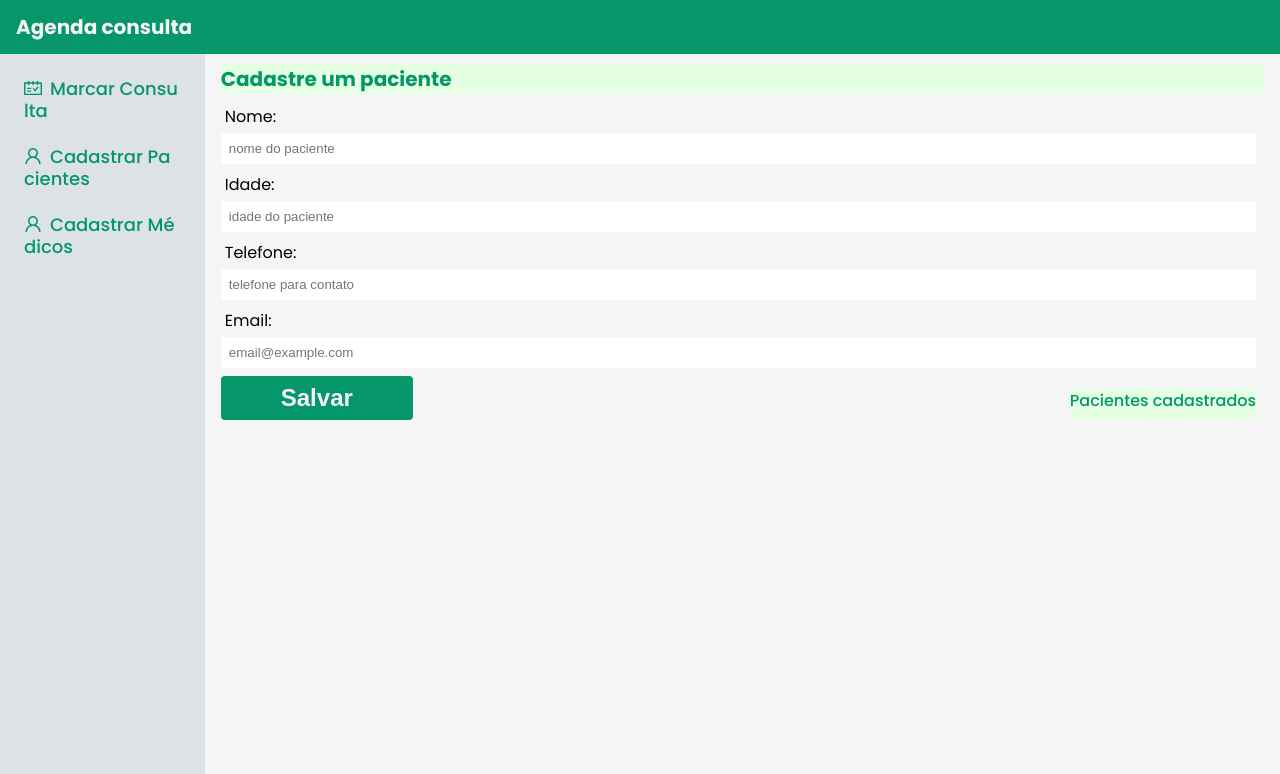
Repository: BarbaraCD/agendaconsulta
Page: /patients/new
These files come from the project's save history. The page is drawn as it stood at one moment and after the next save; the edit follows.
The browser window is 1280 px wide. The pictures show the whole page.
The page's requests for data from a server got no answer. The project was rebuilt for these pictures with package versions that can differ from the ones it lists, and the page was loaded fresh each time. No one was signed in, and anything a server would have sent is missing. Also part of the build but not shown: vite.config.ts, src/services/appointment.services.ts, src/services/doctor.services.ts, src/components/Calendar.tsx, src/components/SubmitButton.tsx, src/components/Appointments.tsx, src/styles/CreateContainer.ts, src/components/DoctorTable.tsx and 2 more.

Above is the page before, as saved 2023-08-22 14:09:50.

After the next save:
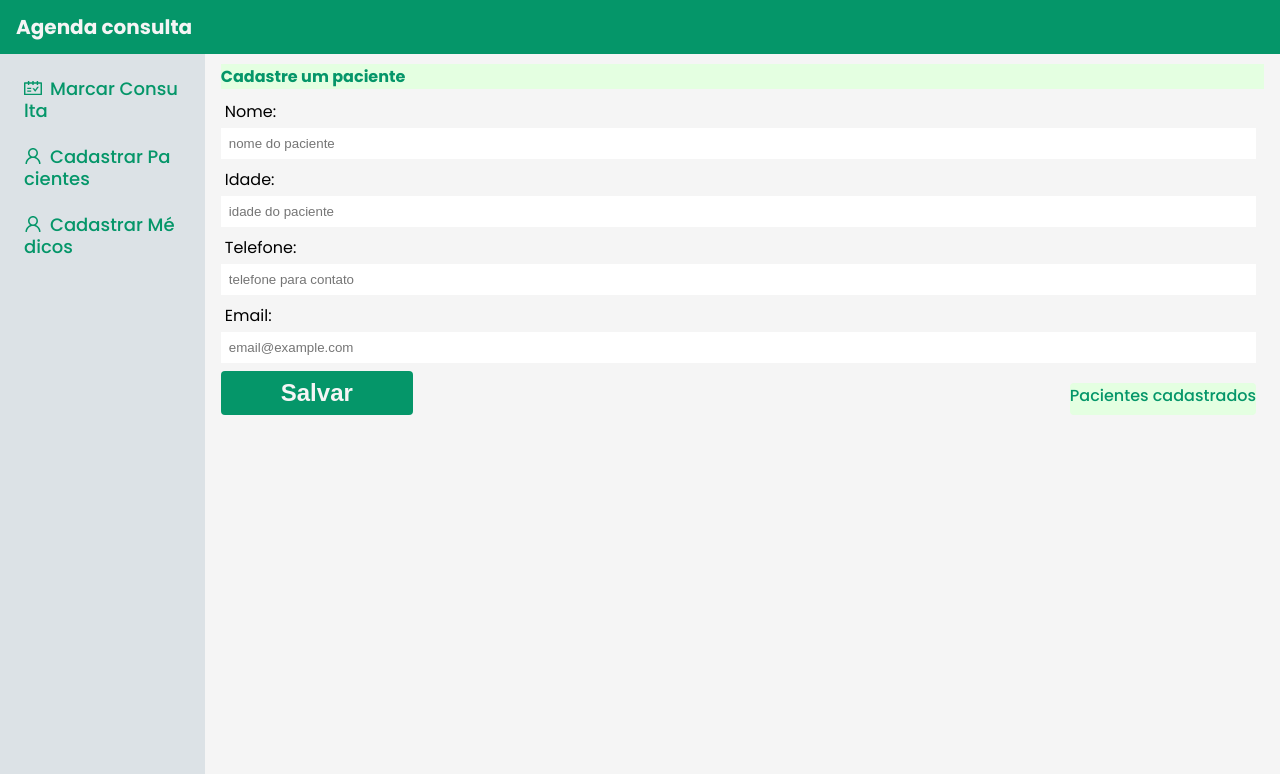
Saved 5 s later.
--- a/src/styles/InputContainer.ts
+++ b/src/styles/InputContainer.ts
@@ -13,7 +13,7 @@ export const InputContainer = styled.main`
   h3 {
     background-color: ${(props) => props.theme.colors[100]};
     color: ${(props) => props.theme.colors.primary};
-    font-size: ${(props) => props.theme.size.xl};
+    font-size: ${(props) => props.theme.size.md};
     margin-bottom: 10px;
   }
 

After the save that followed:
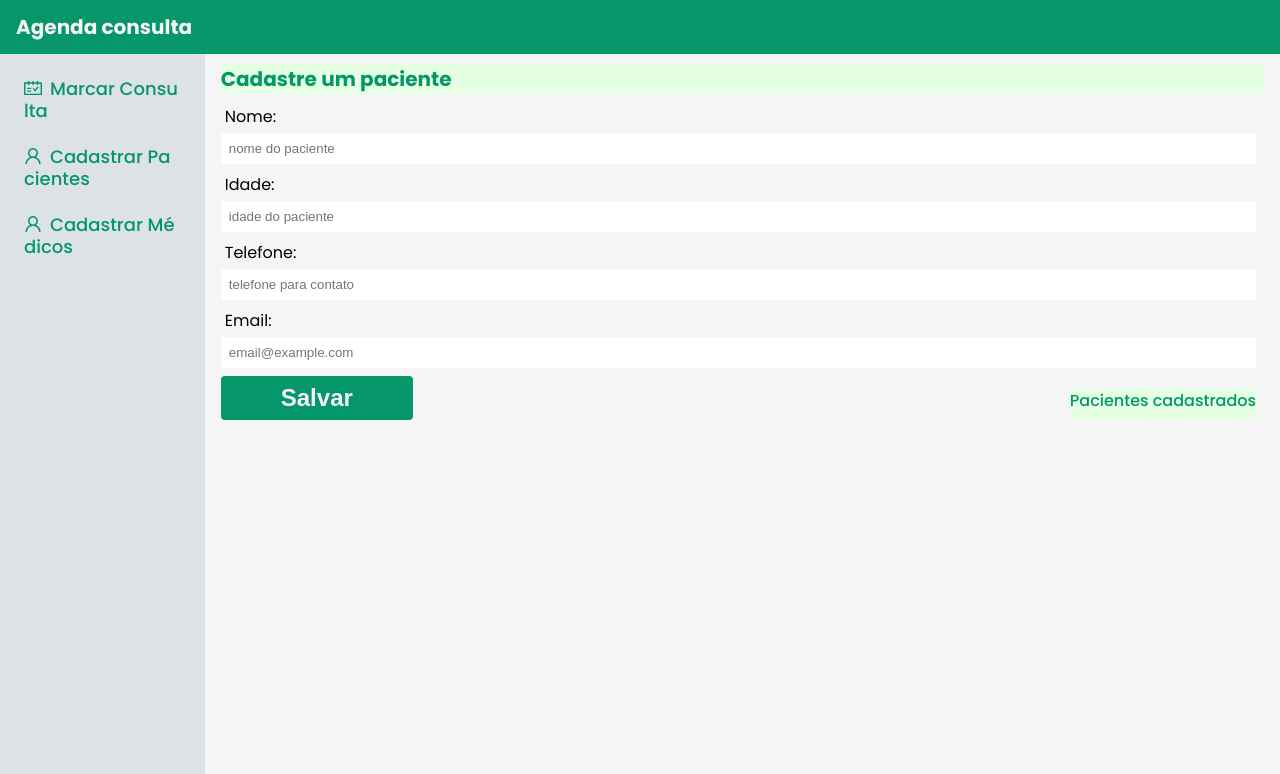
Saved 4 s later.
--- a/src/styles/InputContainer.ts
+++ b/src/styles/InputContainer.ts
@@ -13,7 +13,7 @@ export const InputContainer = styled.main`
   h3 {
     background-color: ${(props) => props.theme.colors[100]};
     color: ${(props) => props.theme.colors.primary};
-    font-size: ${(props) => props.theme.size.md};
+    font-size: ${(props) => props.theme.size.xl};
     margin-bottom: 10px;
   }
 
